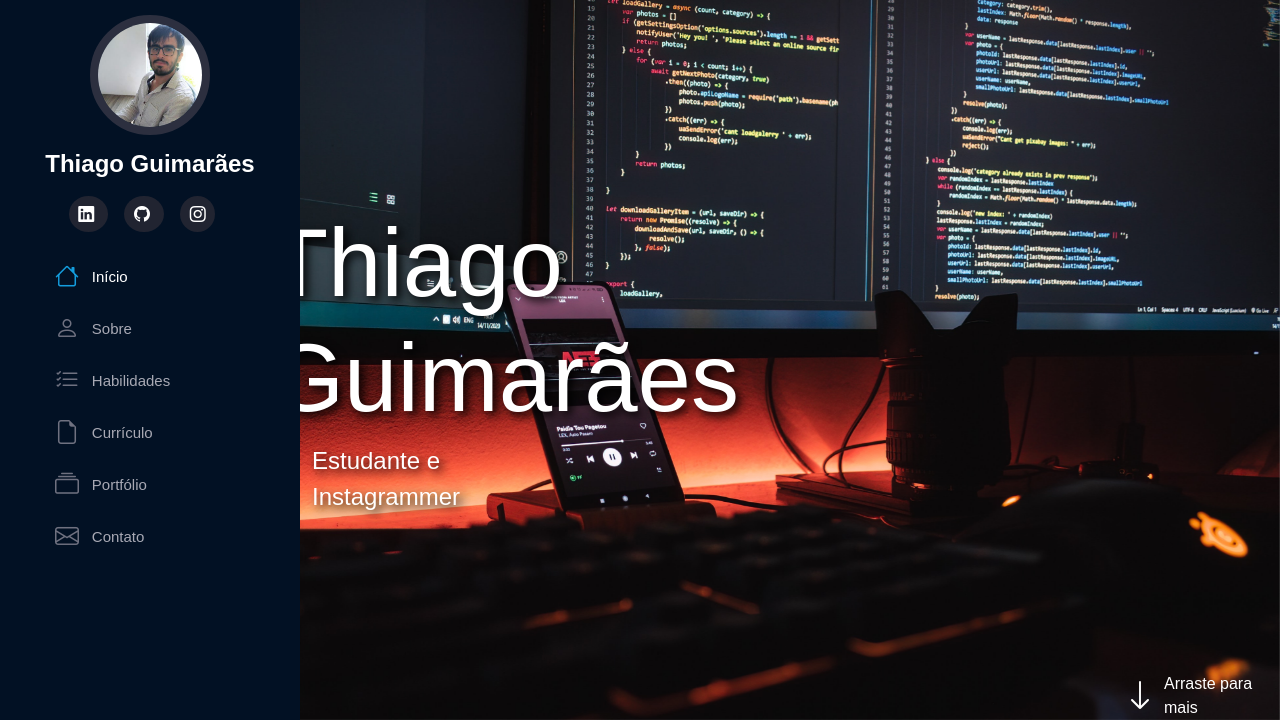
Repository: Rayago/projeto-portfolio
Page: http://localhost/
An editor plug-in stored every save of this project. The page is shown before and after the next save, followed by the edit.
The browser window is 1280 px wide. The pictures show the whole page.
Some web fonts or font styles are not loaded; a fallback is used. The page is served by the project's application, run on Flask 3 (app.py).

Above is the page before, as saved 2022-07-12 20:34:29.

### templates/index.html
<!DOCTYPE html>
<html lang="pt-br">
<head>
    <meta charset="UTF-8">
    <meta http-equiv="X-UA-Compatible" content="IE=edge">
    <meta name="viewport" content="width=device-width, initial-scale=1.0">
    <link rel="stylesheet" href="../static/bootstrap/css/bootstrap.css">
    <link rel="stylesheet" href="../static/style.css">
    <link rel="icon" type="image/png" href="../static/img">
    <link rel="stylesheet" href="https://cdn.jsdelivr.net/npm/bootstrap-icons@1.8.3/font/bootstrap-icons.css">
    <title>Thiago Guimarães</title>
</head>
<body>

    <i class="bi bi-list menu-mobile"></i>

    <aside id="header">
        <section class="profile">
            <img src="../static/img/meu_perfil.jpg" alt="Foto Perfil"/>
            <h1>Thiago Guimarães</h1>
            <div class="social-links mt-4 text-center">
                <a target="_blank" href="https://www.linkedin.com/in/raymundo-thiago">
                    <i class="bi bi-linkedin"></i>
                </a>
                <a target="_blank" href="https://www.github.com/Rayago">
                    <i class="bi bi-github"></i>
                </a>
                <a target="_blank" href="https://www.instagram.com/estudatech">
                    <i class="bi bi-instagram"></i>
                </a>
            </div>
        </section>

        <nav id="navbar" class="nav-menu">
            <ul class="nav flex-column">
                <li class="nav-item">
                  <a class="nav-link active" aria-current="page" href="#"><i class="bi bi-house" aria-hidden="true"></i> Início</a>
                </li>
                <li class="nav-item">
                  <a class="nav-link" href="#"><i class="bi bi-person" aria-hidden="true"></i> Sobre</a>
                </li>
                <li class="nav-item">
                  <a class="nav-link" href="#"><i class="bi bi-list-check" aria-hidden="true"></i> Habilidades</a>
                </li>
                <li class="nav-item">
                    <a class="nav-link" aria-current="page" href="#"><i class="bi bi-file-earmark" aria-hidden="true"></i> Currículo</a>
                </li>
                <li class="nav-item">
                    <a class="nav-link" href="#"><i class="bi bi-collection" aria-hidden="true"></i> Portfólio</a>
                </li>
                <li class="nav-item">
                    <a class="nav-link" href="#"><i class="bi bi-envelope" aria-hidden="true"></i> Contato</a>
                </li>
              </ul>
        </nav>

    </aside>

    <main id="main">

        <section id="inicio" class="row m-0 p-0">
            <div class="col-md-5 d-flex justify-content-center align-items-center flex-column">
                <h2 class="text-white text-shadow">Thiago Guimarães</h2>
                <span id="subtitle" class="text-white text-shadow">Estudante e Instagrammer</span>
            </div>

            <div class="col-md-7 d-flex justify-content-end align-items-end">
                <div id="arraste" class="d-flex align-items-center">
                    <i class="bi bi-arrow-down text-white pe-2 fs-2" aria-hidden="true"></i>
                    <a href="#">Arraste para mais</a>
                </div>

            </div>

        </section>

    </main>

    <script src="../static/bootstrap/js/bootstrap.bundle.min.js"></script>
    <script src="../static/script.js"></script>
</body>
</html>

### app.py
from flask import Flask, render_template, redirect

app = Flask(__name__)

@app.route('/')
def index():
    return render_template('index.html')

if __name__ == '__main__':
    app.run(debug=True)

### static/style.css
@import url('https://fonts.googleapis.com/css2?family=Ubuntu:ital,wght@0,300;0,400;0,500;0,700;1,300;1,400;1,500;1,700&display=swap');

html, body {
    font-family: Ubuntu, Arial;
    width: 100%;
    height: 100%;
}

#header {
    position: fixed;
    top: 0;
    left: 0;
    bottom: 0;
    background: #021124;
    overflow-y: auto;
    width: 300px;
    transition: all ease-in-out 0.5s;
    padding: 0 15px;
    z-index: 9997;
}

#header .profile img {
    margin: 15px auto;
    display: block;
    width: 120px;
    border: 8px solid #2c2f3f;
    border-radius: 50%;
}

#header .profile h1 {
    font-size: 24px;
    margin: 0;
    padding: 0;
    font-weight: 600;
    text-align: center;
    color: #fff;
}

#header .profile .social-links a {
    font-size: 1rem;
    background: #212431;
    color: #fff;
    padding: 0.6rem;
    margin-right: 1rem;
    border-radius: 50%;
    transition: 0.3s;
    text-decoration: none;
}

#header .profile .social-links a:hover {
    background: #149ddd;
}

.nav-menu {
    padding: 1.5rem;
}

.nav-menu a,
.nav-menu a:focus {
    display: flex;
    align-items: center;
    color: #a8a9b4;
    transition: 0.3s;
    font-size: 15px;
}

.nav-menu a i,
.nav-menu a:focus i {
    font-size: 24px;
    padding-right: 0.8rem;
    color: #6f7180;
}

.nav-menu a:hover,
.nav-menu .active,
.nav-menu .active:focus,
.nav-menu li:hover > a {
    text-decoration: none;
    color: #fff;
}

.nav-menu a:hover i,
.nav-menu .active i,
.nav-menu .active:focus i,
.nav-menu li:hover > a i {
    color: #149ddd;
}

#main{
    margin-left: 300px;
}

section#inicio {
    background-image: url("./img/banner.jpg");
    background-repeat: no-repeat;
    background-size: cover;
    background-attachment: fixed;
    background-position: center;

    width: 100%;
    height: 100vh;
}


section#inicio h2{
    font-size: 6rem;
}

section#inicio span#subtitle{
    margin-right: 8rem;
    font-size: 1.5rem;
}

.text-shadow {
    text-shadow: 4px 4px 10px #000000;
}

section#inicio div#arraste {
    width: 9rem;
}

section#inicio div#arraste a {
    text-decoration: none;
    color: #fff;
}

i.menu-mobile {
    position: fixed;
    color: #fff;
    background-color: #18171D;
    right: 1rem;
    top: 1rem;
    font-size: 1.5rem;
    border-radius: 4rem;
    cursor: pointer;
    z-index: 10;
    width: 45px;
    height: 45px;
    display: none;
    justify-content: center;
    align-items: center;
}

.menu-nav-active {
    overflow: hidden;
}

.menu-nav-active #header {
    left: 0;
}

@media (max-width: 1024px) {
    #header {
        left: -300px;
    }

    i.menu-mobile {
        display: flex;
    }

    section#inicio h2 {
        font-size: 3.5rem;
    }

    section#inicio span#subtitle {
        margin-right: 0;
        font-size: 1rem;
    }

    #main {
        margin-left: 0;
    }
}

### static/script.js
/*Abre e fecha menu lateral no mobile */

const menuMobile = document.querySelector('.menu-mobile')
const body = document.querySelector('body')

menuMobile.addEventListener('click', () => {
    menuMobile.classList.contains("bi-list")
    ? menuMobile.classList.replace("bi-list", "bi-x")
    : menuMobile.classList.replace("bi-x", "bi-list")
})

Loaded but not shown: static/bootstrap/css/bootstrap.css (library); static/bootstrap/js/bootstrap.bundle.min.js (library)

After the next save:
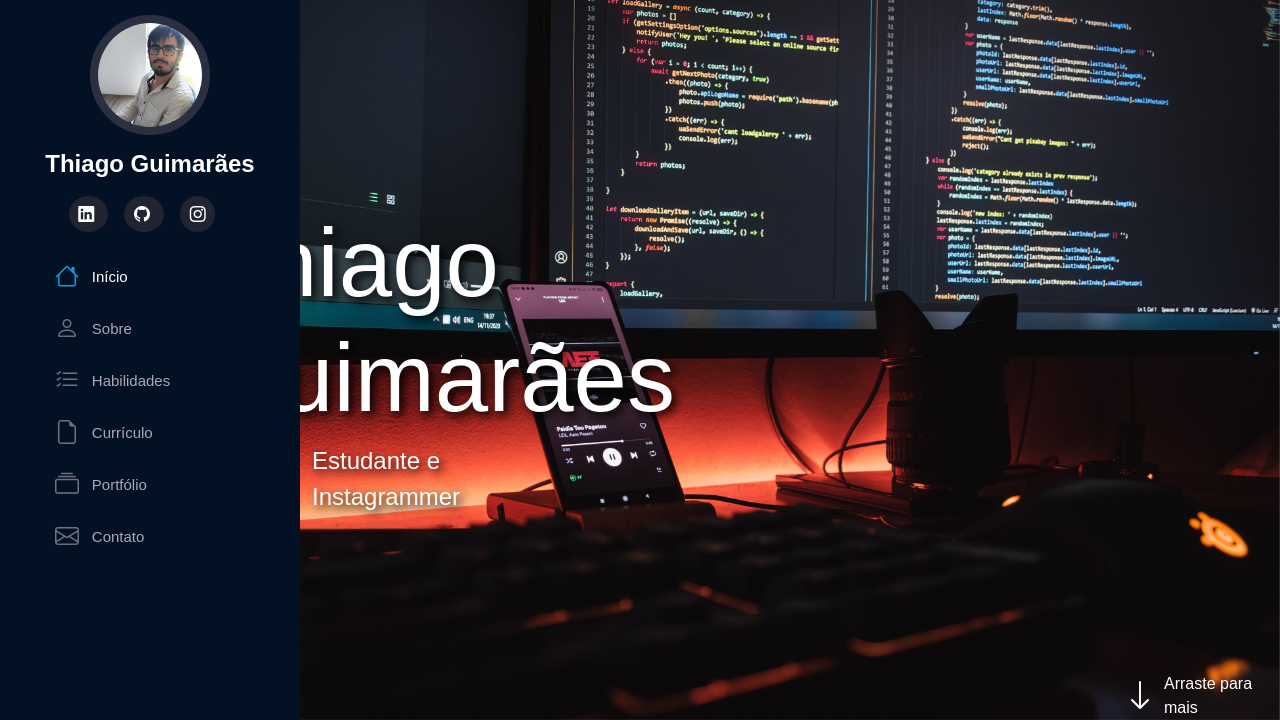
Saved 65 s later.
--- a/static/style.css
+++ b/static/style.css
@@ -104,6 +104,7 @@
 
 section#inicio h2{
     font-size: 6rem;
+    margin-right: 8rem;
 }
 
 section#inicio span#subtitle{

After the save that followed:
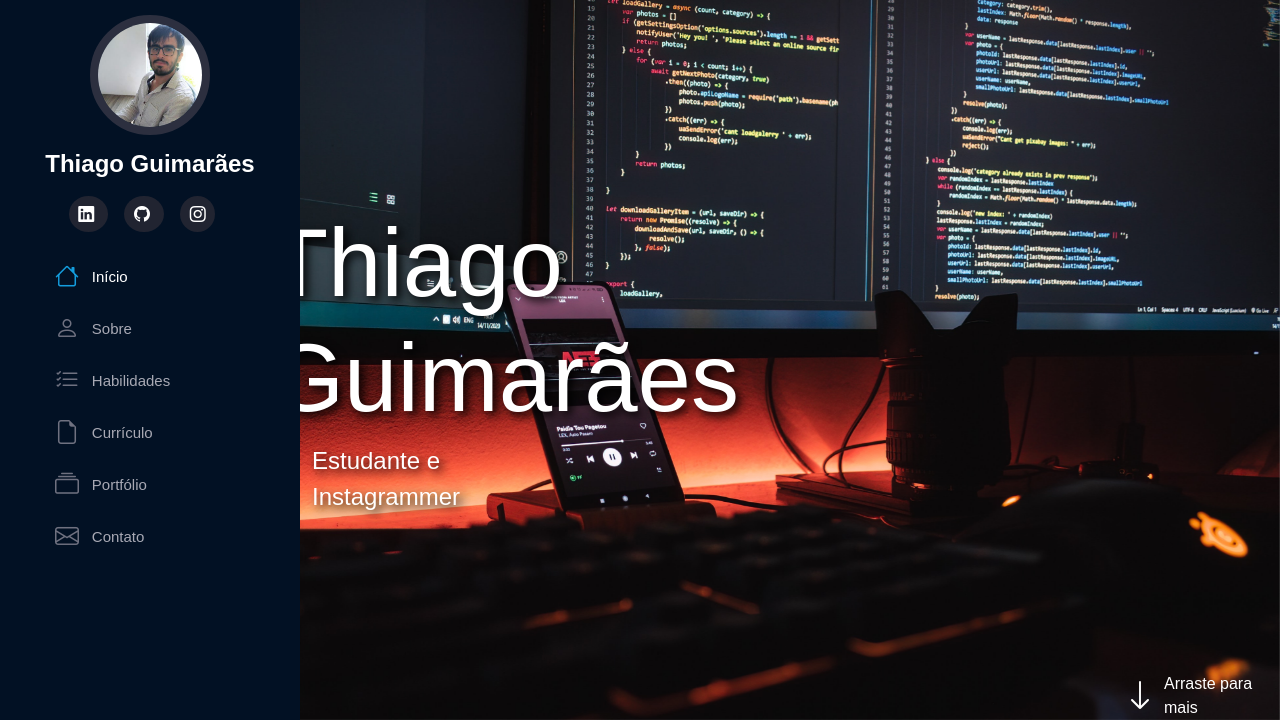
Saved 9 s later.
--- a/static/style.css
+++ b/static/style.css
@@ -104,7 +104,6 @@
 
 section#inicio h2{
     font-size: 6rem;
-    margin-right: 8rem;
 }
 
 section#inicio span#subtitle{
